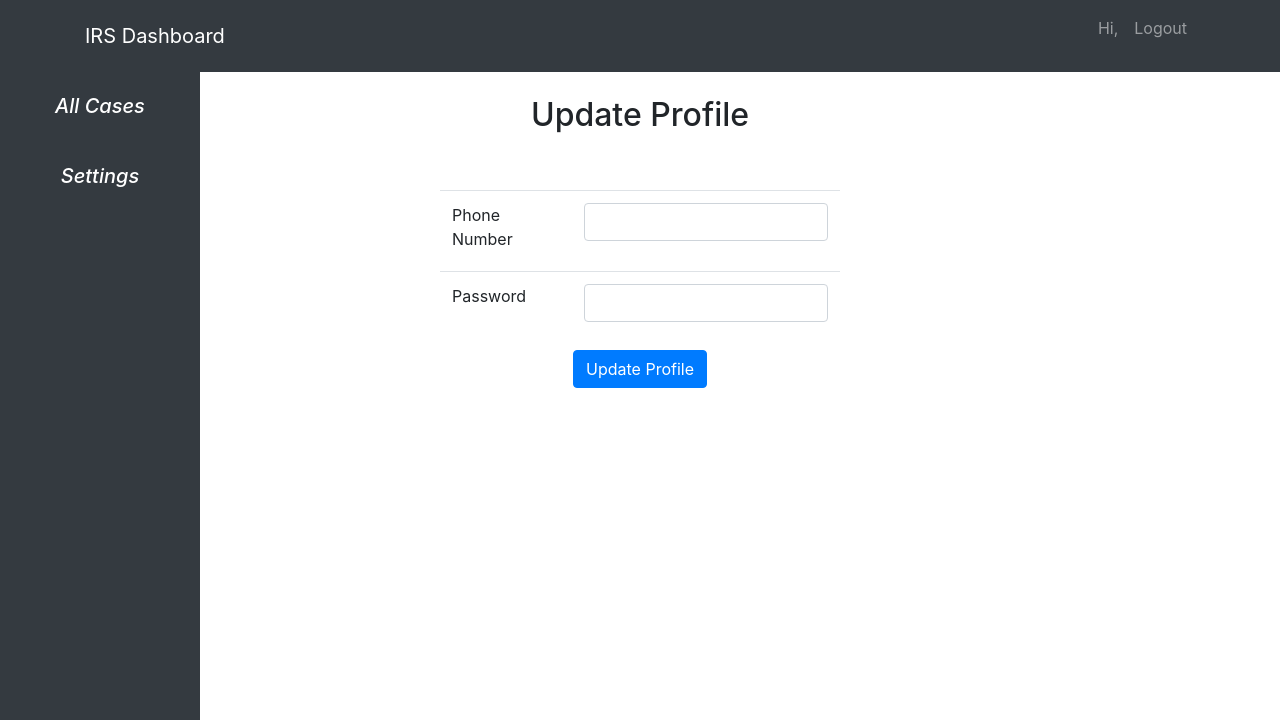
Repository: greeshmavyas/IRS_CS
Page: /updateProfile (app in AgentManagement/Frontend/)
These files come from the project's save history. The page is drawn as it stood at one moment and after the next save; the edit follows.
The browser window is 1280 px wide. The pictures show the whole page.
The page's requests for data from a server got no answer. Some web libraries are served in a nearby version. The project was rebuilt for these pictures with package versions that can differ from the ones it lists, and the page was loaded fresh each time. No one was signed in, and anything a server would have sent is missing. Also part of the build but not shown: AgentManagement/Frontend/src/components/NavbarLogin.js, AgentManagement/Frontend/src/components/login.js, AgentManagement/Frontend/src/components/Dashboard.js, AgentManagement/frontend/src/App.css.

Above is the page before, as saved 2020-11-05 22:03:55.

After the next save:
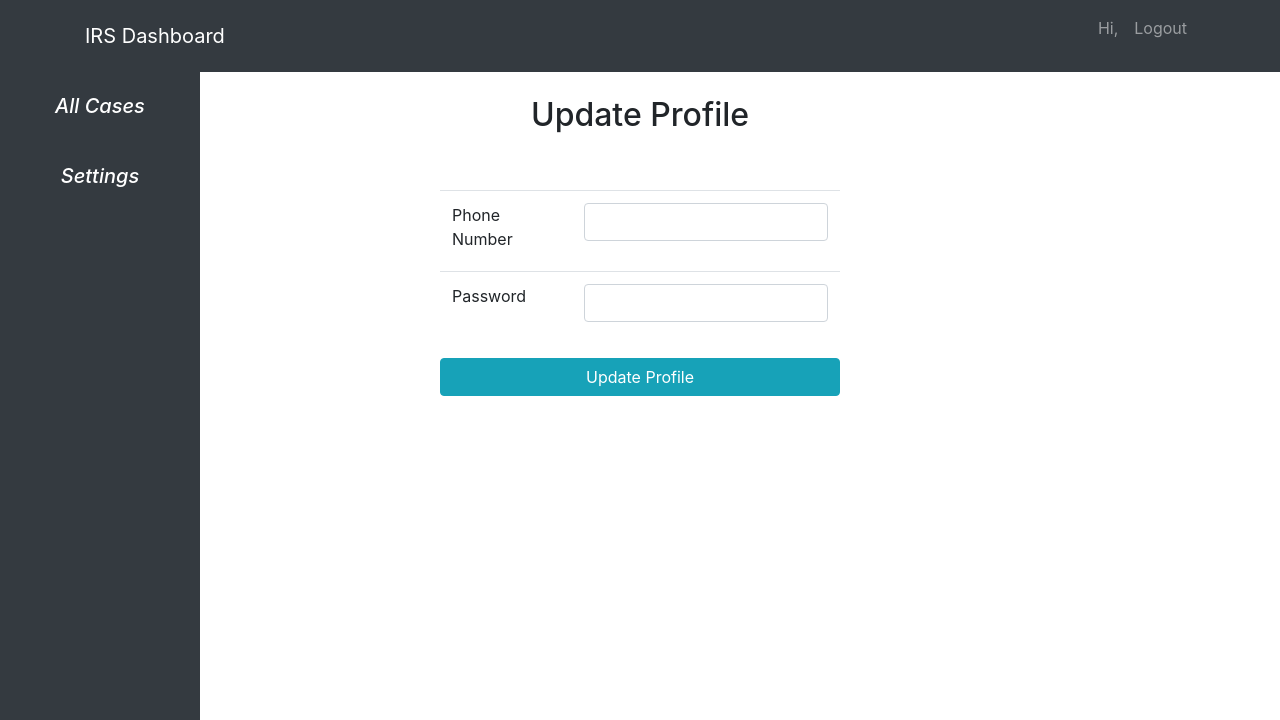
Saved 50 s later.
--- a/AgentManagement/Frontend/src/components/updateProfile.js
+++ b/AgentManagement/Frontend/src/components/updateProfile.js
@@ -130,7 +130,7 @@ this.setState({
 
 
 
-                    <Button variant="primary" type="submit">
+                    <Button className="btn btn-info btn-block mt-4" type="submit">
                         Update Profile
                      </Button>
                 </Form>
